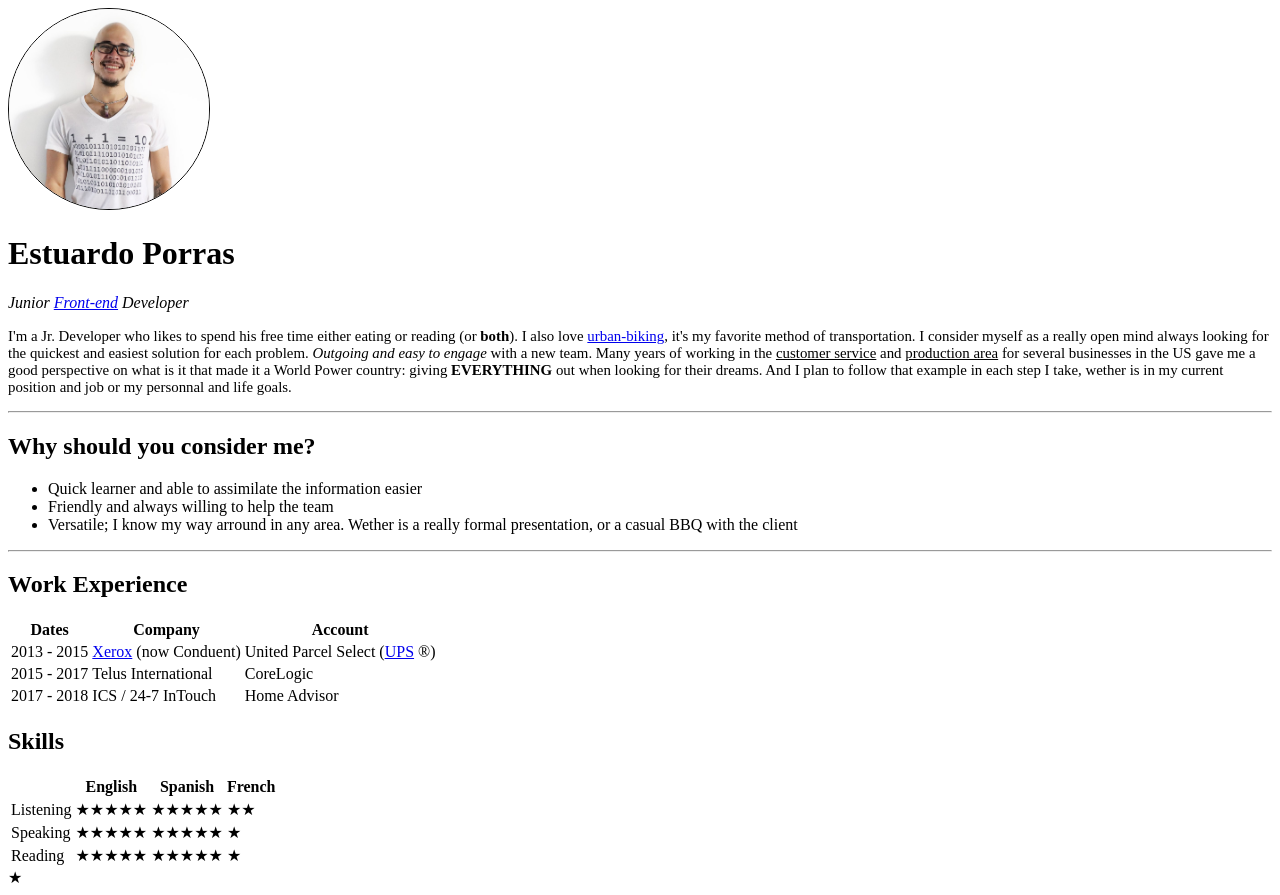
Repository: soloestuardo/bootstrap
Page: proyectos/cv/index.html
The author's editor kept a record of every edit. The page is drawn from the files as they stood at one moment, then again after the next edit.
The browser window is 1280 px wide. The pictures show the whole page.

Above is the page before.

After the next edit:
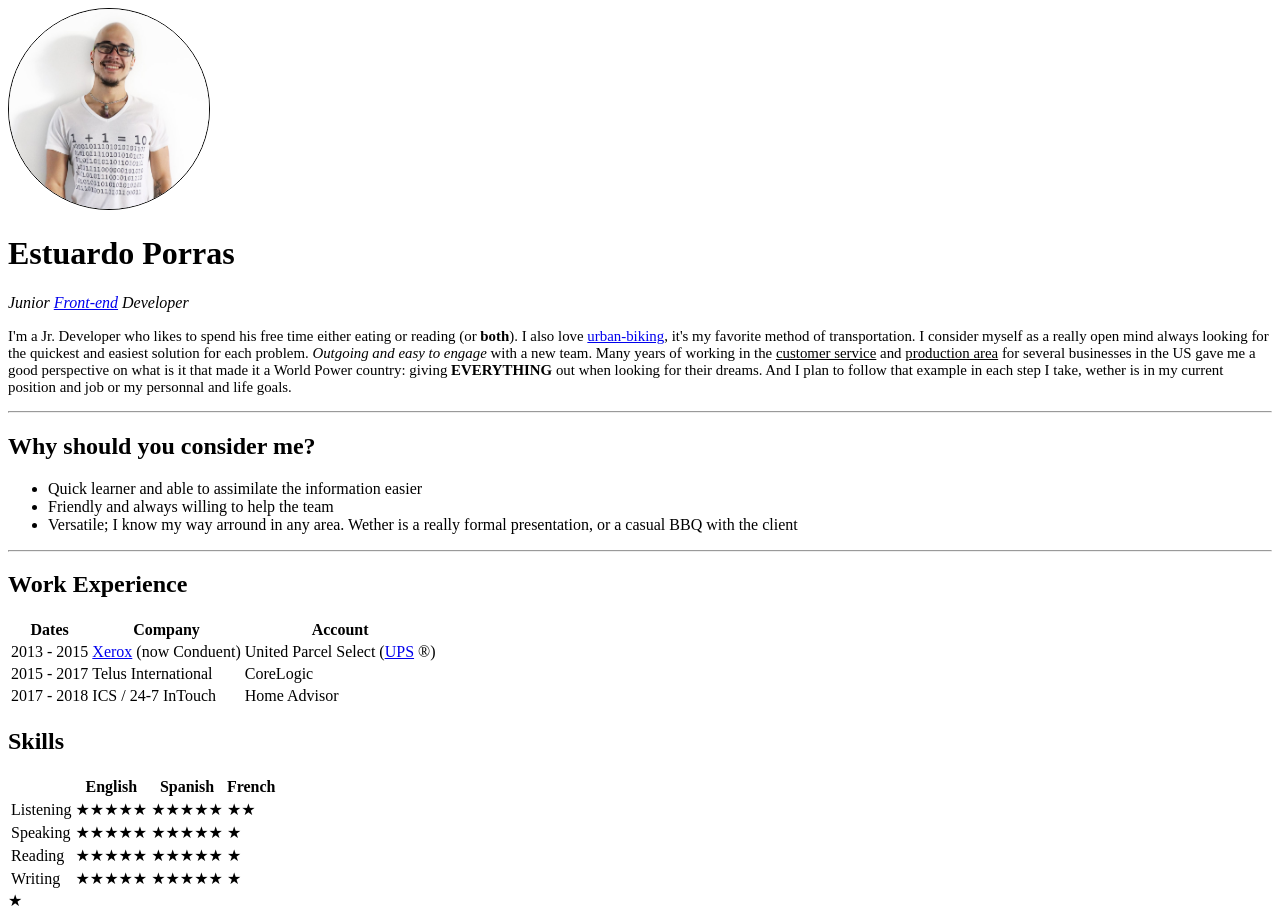
The edit:
--- a/proyectos/cv/index.html
+++ b/proyectos/cv/index.html
@@ -92,6 +92,12 @@
                 <td>&#x2605;&#x2605;&#x2605;&#x2605;&#x2605;</td>
                 <td>&#x2605;</td>
             </tr>
+            <tr>
+                <td>Writing</td>
+                <td>&#x2605;&#x2605;&#x2605;&#x2605;&#x2605;</td>
+                <td>&#x2605;&#x2605;&#x2605;&#x2605;&#x2605;</td>
+                <td>&#x2605;</td>
+            </tr>
         </table>
 
         &#x2605;
